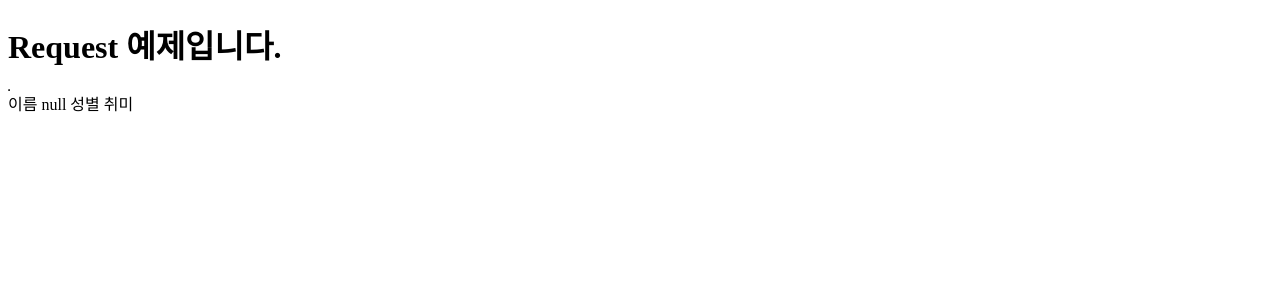
Repository: hyeri-seo/JSP
Page: http://localhost/JspExam5/requestTest1.jsp
These files come from the project's save history. The page is drawn as it stood at one moment and after the next save; the edit follows.
The browser window is 1280 px wide. The pictures show the whole page.
The page is served by Tomcat 9.

Above is the page before, as saved 2023-09-20 03:45:09.

After the next save:
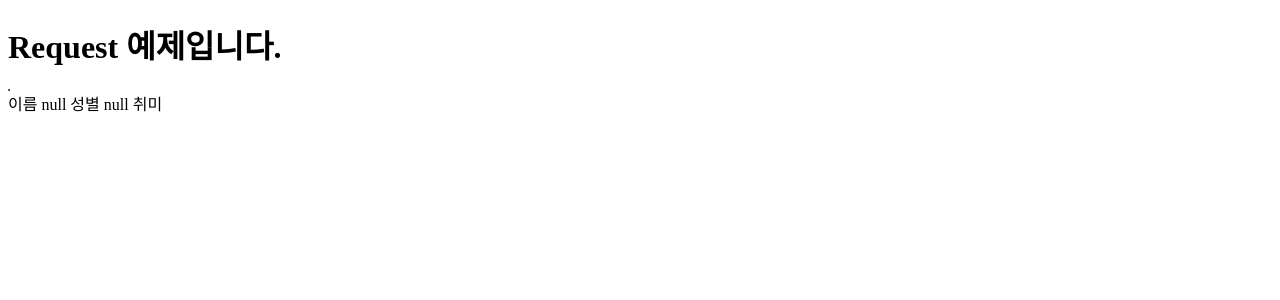
Saved 10 s later.
--- a/JspExam5/src/main/webapp/requestTest1.jsp
+++ b/JspExam5/src/main/webapp/requestTest1.jsp
@@ -16,7 +16,7 @@
 	</tr>
 	<tr>
 		<td>성별</td>
-		<td></td>
+		<td><%=request.getParameter("gender") %></td>
 	</tr>
 	<tr>
 		<td>취미</td>
